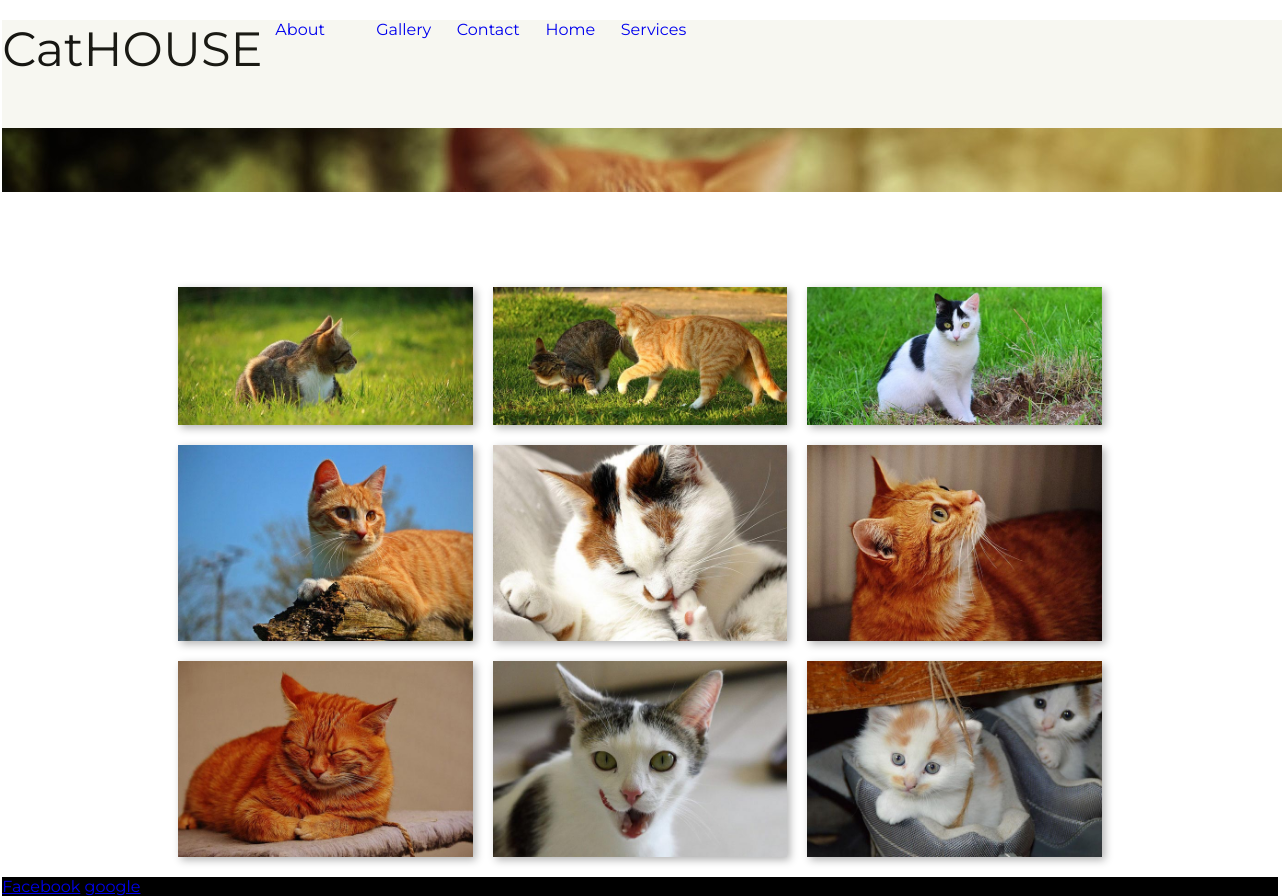
Repository: raul4264/final
Page: Gallery.html
The author's editor kept a copy of each file at every save. The page is drawn from the files as they stood at one save, then again after the next save.
The browser window is 1280 px wide. The page is 1282 px wide, so the pictures cover 1282 px, including what lies to the right of the window. The pictures show the whole page.

Above is the page before, as saved 2021-03-23 12:19:02.

### Gallery.html
<!DOCTYPE html>
<html lang="en">

<head>
    <meta charset="UTF-8">
    <meta http-equiv="X-UA-Compatible" content="IE=edge">
    <meta name="viewport" content="width=device-width, initial-scale=1.0">
    <title>Gallery</title>
    <link href="css/gallery.css" rel="stylesheet" type="text/css">
</head>

<body>
    <div id="grilla">
        <header>
            <div class="banner">

                <nav id="nav">

                    <div class="item1">
                        <p>Cat</p>
                    </div>

                    <div class="item2">
                        <p>HOUSE</p>
                    </div>


                    <ul class="item3">
                        <li class=""><a href="about.html">About</li>
                        <li class=""><a href="Gallery.html">Gallery</a></li>
                        <li class=""><a href="Contact.html">Contact</a></li>
                        <li class=""><a href="index.html">Home</a></li>
                        <li class=""><a href="Services.html ">Services</a></li>
                    </ul>
                </nav>
            </div>

        </header>
        <main class="cards">
            <img src="images/b1.jpg" alt="Sample photo">
            <img src="images/b2.jpg" alt="Sample photo">
            <img src="images/b3.jpg" alt="Sample photo">
            <img src="images/g1.jpg" alt="Sample photo">
            <img src="images/g2.jpg" alt="Sample photo">
            <img src="images/g3.jpg" alt="Sample photo">
            <img src="images/g4.jpg" alt="Sample photo">
            <img src="images/g5.jpg" alt="Sample photo">
            <img src="images/g6.jpg" alt="Sample photo">
          </main>


        <footer>
             <div class class="footer">
                <a href="http://www.facebook.com " target="blanck ">Facebook</a>
                <a href="http://www.google.com " target="blanck ">google</a>
            </div>
        </footer>


    </div>
</body>

</html>

### css/gallery.css
@import url('https://fonts.googleapis.com/css2?family=Montserrat:wght@400;500&display=swap');
@import url('https://fonts.googleapis.com/css2?family=Montserrat:wght@400;500&family=Poppins:wght@300&display=swap');
* {
    font-family: 'Montserrat', sans-serif;
    margin: 0 ;
    padding: 0;
}
body{


}
.banner {
    background: url(../images/1.jpg) no-repeat 0px 0px;
    background-size: cover;
    padding: 0em 0 4em;
    height: 100%;
    width: 100vw;
   margin-top: 10px;
}

#nav {
    display: flex;
    background-color: rgb(247, 247, 241);

    height: 15vh;
}

.item1 {
    color: rgb(22, 22, 18);
    font-family: monserrat;
    font-size: 3em;
}

.item2 {
    color: rgb(26, 26, 20);
    font-family: monserrat;
    font-size: 3em;
}

.item3 {
    display: flex;
    list-style: none;
}

.item3 li a {
    text-decoration: none;
    padding: 1vw;
}

.li {
    padding: 10px;
}


/*.............Grid..........*/

#grilla {
    margin-top: 10px;
    display: grid;
    grid-template-columns:33vw 33vw 33vw;
    grid-template-rows:auto auto auto auto;
    justify-content: space-around;
    align-items: center;
}

header {
    grid-column-start: 1;
    grid-column-end: 4;
    grid-row-start: 1;
    grid-row-end: 2;
}


main {
    display: grid;
    grid-template-columns: 25vw 25vw 30vw;
    grid-template-rows: 20vh 20vh 60vh;
    grid-column-start: 1;
    grid-column-end: 4;
    grid-row-start: 2;
    grid-row-end: 3;
    padding: 10px;
    margin-top: 75px;
    justify-content: center;
}
/*  */
.cards {
    display: flex;
    flex-wrap: wrap;
    align-items: flex-start;
    flex-direction: row;
    max-height: 100vh;
  }
  .cards img {
    margin: 10px;
    /* border: 3px solid #000; */
    box-shadow: 3px 3px 8px 0px rgba(0,0,0,0.3);
    max-width: 23vw;
  }
footer {
    grid-column-start: 1;
    grid-column-end: 4;
    grid-row-start: 3;
    grid-row-end: 4;
    background-color: black;
}




/*.......................................*/

img {
    max-width: 100%;
    max-height: 100%;
    object-fit: contain;
}

After the next save:
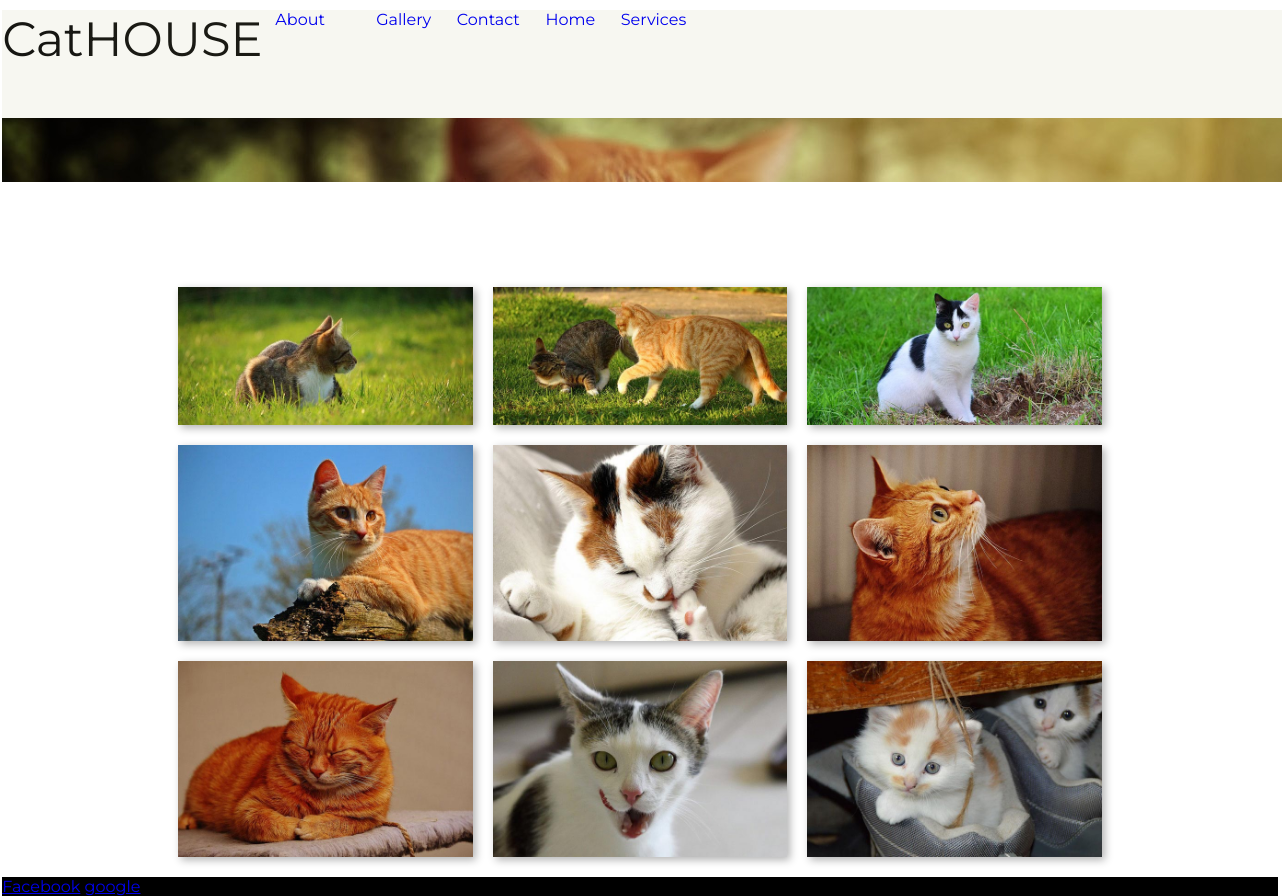
Saved 30 s later.
--- a/css/gallery.css
+++ b/css/gallery.css
@@ -15,7 +15,7 @@ body{
     padding: 0em 0 4em;
     height: 100%;
     width: 100vw;
-   margin-top: 10px;
+   margin-bottom: 10px;
 }
 
 #nav {
